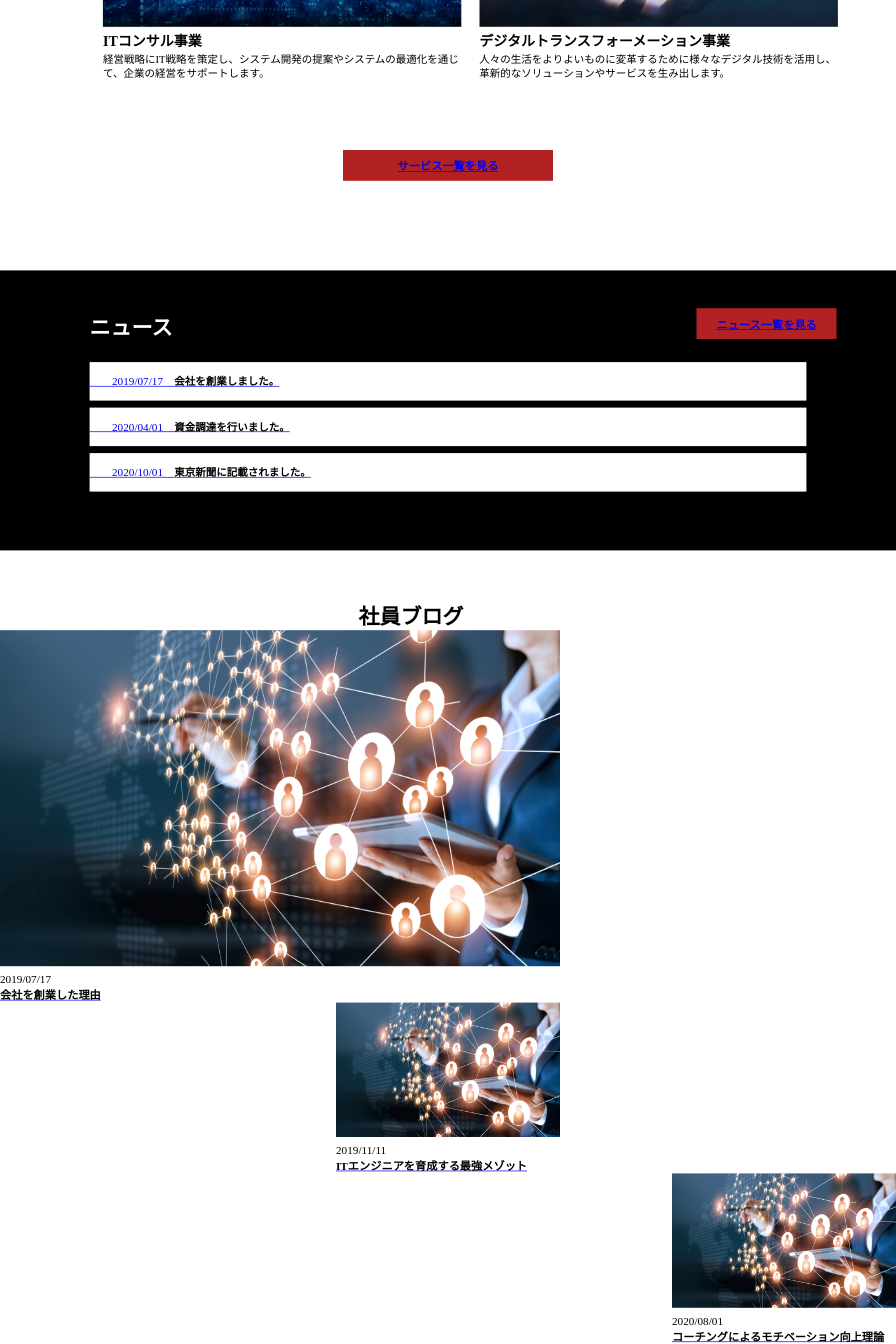
Repository: sigemasaasuka/20211012sigemasa
Page: index.html
These files come from the project's save history. The page is drawn as it stood at one moment and after the next save; the edit follows.
The browser window is 1280 px wide. The pictures show the part of the page from y = 1626 to 3546 px (the page is 3546 px tall before and 3258 px after), at 70% of full size.

Above is the page before, as saved 2021-10-20 16:27:55.

### index.html
<!DOCTYPE html>
<html lang="ja">

<head>
  <meta charset="UTF-8">
  <meta name="viewport" content="width=device-width, initial-scale=1.0">
  <title>Document</title>

    <link rel="stylesheet" href="css/reset.css">
    <link rel="stylesheet" href="css/index.css">
</head>
<body>
  <header class="header">
    <div class="header-logo">
      <img class="logo" src="img/logo.png" alt="logo">
    </div>
    <nav class="header-nav">
      <ul class="header-nav-list">
        <li class="header-nav-item"><a href="index.html">ホーム</a></li>
        <li class="header-nav-item"><a href="service.html">事業内容</a></li>
        <li class="header-nav-item"><a href="news.html">ニュース</a></li>
        <li class="header-nav-item"><a href="blog.html">社員ブログ</a></li>
        <li class="header-nav-item"><a href="company.html">会社概要</a></li>
        <li class="header-nav-item"><a href="recruit.html">採用情報</a></li>
        <li class="header-nav-item"><a href="contact.html">お問い合わせ</a></li>
      </ul>
    </nav>
  </header>
  <div class="home">
  <div class="home-photo">
    <div class="home-title">
    <p>最新のテクノロジーで社会課題を解決</p>
      <div class="home-title2">
      <p>Solving　issues　with　the　latest　technology</p>
     </div>
    </div>
    </div>
    </div>
    <div class="home-color">
      <div class="hope">
        <p><br><br>株式会社TECHの想い</p>
        <div class="hope2">
          <p>あらゆる産業において、新たなデジタル技術を使ってこれまでにないビジネスモデルを展開する新規参加者が登場し、ゲームチェンジが起ころうとしています。こうした<br>中で、各企業は、競争力維持・強化のために、DXを迅速に進めていくことが求められています。しかし、DXにおいて投資コストは非常にかかります。株式会社TECHでは<br>独自のオペレーションと人材教育により、他社よりも価格を抑えた開発を行います。</p>
        </div>
      </div>
    </div>
    <div class="service">
      <p>サービス</p>
      </div>
      <div class="png1">
      <div class="service1">
        <img  src="img/service1.png"  alt="service1">
        <div class="it">
        <p>IT人材育成事業</p>
        <div class="it2">
        <p>これまでに培った教育手法を生かして、短期間で即戦力のIT人材を育成します。</p>
        </div>
      </div>
      </div>
      <div class="service2">
      <img  src="img/service2.png" alt="service2">
      <div class="coach">
        <p>コーチング事業</p>
        <div class="coach2">
          <p>目標達成を最短で実現するために、プロのコーチによるマンツーマンのサポートを実施します</p>
        </div>
      </div>
      </div>
      </div>
      <div class="png2">
      <div class="service3">
        <img src="img/service3.png" alt="service3">
        <div class="Consultant">
          <p>ITコンサル事業</p>
          <div class="Consultant2">
            <p>経営戦略にIT戦略を策定し、システム開発の提案やシステムの最適化を通じて、企業の経営をサポートします。</p>
          </div>
        </div>
      </div>
      <div class="service4">
        <img src="img/service4.png" alt="service4">
        <div class="formation">
          <p>デジタルトランスフォーメーション事業</p>
          <div class="formation2">
            <p>人々の生活をよりよいものに変革するために様々なデジタル技術を活用し、革新的なソリューションやサービスを生み出します。</p>
          </div>
        </div>
      </div>
      </div>
      <div class="list">
        <a href="service.html">サービス一覧を見る</a>
      </div>
      <div class="news">
        <div class="nesw-list">
          <div class="news-font">
          <p>ニュース</p></div>
          <div class="news-button">
            <a href="news.html">ニュース一覧を見る</a>
          </div>
        </div>
        <div class="news-info1">
          <a href="index.html">　　2019/07/17　<span class="co">会社を創業しました。</span></a></div>
          <div class="news-info2">
          <a href="index.html">　　2020/04/01　<span class="fund">資金調達を行いました。</span></a></div>
          <div class="news-info3">
          <a href="index.html">　　2020/10/01　<span class="newspaper">東京新聞に記載されました。</span></a></div>
      </div>
      <div class="blog">
        <p>社員ブログ</p>
        </div>
        <div class="reason">
        <div class="reason-png">
          <a href="index.html">
            <img src="img/blog.png" alt="blog">
          </a>
          <p class="reason1">2019/07/17</p>
          <a href="index.html"><p class="reason2">会社を創業した理由</p></a>
        </div>
        </div>
        <div class="nurturing">
        <div class="nurturing-png">
          <a href="index.html">
            <img src="img/blog.png" alt="blog">
          </a>
          <p class="nurturing1">2019/11/11</p>
          <a href="index.html">
            <p class="nurturing2">ITエンジニアを育成する最強メゾット</p>
          </a>
        </div>
      </div>
      <div class="coaching">
        <div class="coaching-png">
        <a href="index.html">
          <img src="img/blog.png" alt="blog">
        </a>
        <p class="coaching1">2020/08/01</p>
        <a href="index.html">
          <p class="coaching2">コーチングによるモチベーション向上理論</p>
        </a>
        </div>
        </div>


<script src="js/main.js"></script>
</body>
</html>

### css/reset.css
@charset "UTF-8";
html, body, div, span, applet, object, iframe,
h1, h2, h3, h4, h5, h6, p, blockquote, pre,
a, abbr, acronym, address, big, cite, code,
del, dfn, em, img, ins, kbd, q, s, samp,
small, strike, strong, sub, sup, tt, var,
b, u, i, center,
dl, dt, dd, ol, ul, li,
fieldset, form, label, legend,
table, caption, tbody, tfoot, thead, tr, th, td,
article, aside, canvas, details, embed,
figure, figcaption, footer, header, hgroup,
menu, nav, output, ruby, section, summary,
time, mark, audio, video {
margin: 0;
padding: 0;
border: none;
font-style: normal;
text-align: left;
zoom: 1;
}
article, aside, details, figcaption, figure,
footer, header, hgroup, menu, nav, section {
display: block;
}
table {
border-collapse: collapse;
font-family: inherit;
}
h1,h2,h3,h4,h5 {
font-size: 100%;
font-weight: normal;
line-height: 1;
}
input,textarea,select {
font-family: inherit;
font-size: 16px;
}
input[type="button"],input[type="text"],input[type="submit"] {
 -webkit-appearance: none;
 border-radius: 0;
}
textarea {
resize: none;
-webkit-appearance: none;
border-radius: 0;
}
th,td {
border-collapse: collapse;
}
table th,table td {
white-space: nowrap;
}
ul,ol {
list-style-type: none;
}
img {
vertical-align: text-bottom;
vertical-align: -webkit-baseline-middle;
max-width: 100%;
height: auto;
width /***/:auto;
}

### css/index.css
.logo {
  text-decoration: none;
  color: inherit;
  width: 50%;
}
.header {
  width: 100%;
  display: flex;
  justify-content: space-between;
  align-items: center;
  height: 70px;
  padding: 0 30px;
  position: fixed;
  box-sizing: border-box;
  background-color: #fff;
  color: #000;
}

.a {
  text-decoration: none;
}

.header-ttl {
  font-size: 24px;
  width: 80px;
}

.header-nav-list {
  display: flex;
  font-weight: bold;
}

.header-nav-item:not(:last-child) {
  margin-right: 30px;
}

.home-photo {
  position: relative;
  padding-top: calc(250 / 683 * 100%); /* calc(画像高さ ÷ 画像横幅 × 100%) */
  background: url(../img/mv.png) center center / cover no-repeat;
}

.home-title {
  display: flex;
  flex-direction: column;
  position: absolute;
  font-size: 50px;
  margin-left: 20%;
  top: 40%;
  font-weight: bolder;
  color: #fff;
}

.home-title2 {
  display: flex;
  position: absolute;
  font-size: 20px;
  margin-top: 45px;
  margin-left: 23%;
  top: 40%;
  font-weight: bold;
  color: #fff;
}

.home-color {
  background-color: #000;
  height: 300px;
}

.hope {
  top: 30%;
  display: flex;
  flex-direction: column;
  font-weight: bolder;
  font-size: 30px;
  margin-left: 10%;
  color: #fff;
}

.hope2 {
  display: flex;
  font-size: 15px;
  margin-top: 20px;
  font-weight: normal;
  color: #fff;
}

.service {
  margin-top: 5%;
  margin-left: 45%;
  font-size: 35px;
  font-weight: bolder;
}

.png1 {
  display: flex;
  justify-content: center;
}

.service1 {
  margin-top: 5%;
  margin-left: 5%;
  width: 40%;
}

.it {
  margin-top: 1%;
  font-size: 20px;
  font-weight: bolder;
}

.it2 {
  font-size: 15px;
  font-weight: normal;
}

.service2 {
  margin-top: 3%;
  margin-left: 2%;
  width: 40%;
}

.coach {
  margin-top: 1%;
  font-size: 20px;
  font-weight: bolder;
}

.coach2 {
  font-size: 15px;
  font-weight: normal;
}

.png2 {
  display: flex;
  justify-content: center;
}

.service3 {
  margin-top: 2%;
  margin-left: 5%;
  width: 40%;
}

.Consultant {
  margin-top: 1%;
  font-size: 20px;
  font-weight: bolder;
}

.Consultant2 {
  font-size: 15px;
  font-weight: normal;
}

.service4 {
  margin-top: 2%;
  margin-left: 2%;
  width: 40%;
}

.formation {
  margin-top: 1%;
  font-size: 20px;
  font-weight: bolder;
}

.formation2 {
  font-size: 15px;
  font-weight: normal;
}

.list {
  width: 300px;
  padding: 10px 0;
  color: #fff;
  font-weight: bold;
  background: #b22222;
  text-align: center;
  margin: 100px auto 0;
  display: block;
}

.news {
  margin-top: 10%;
  background-color: #000;
  height: 400px;
}

.nesw-list {
  margin-left: 10%;
  display: flex;
  justify-content: flex-start;
  align-items: center;
}

.news-font {
  font-weight: bold;
  font-size: 30px;
  color: #fff;
  margin-top: 5%;
}

.news-button {
  color: #fff;
  margin-top: 50px;
  margin-left: 65%;
  width: 200px;
  padding: 10px 0;
  font-weight: bold;
  background: #b22222;
  text-align: center;
  display: block;
}

.news-info1 {
  margin-top: 30px;
  margin-left: 10%;
  width: 80%;
  height: 35px;
  padding: 10px 0;
  background: #fff;
  line-height: 35px;
  display: block;
  color: #000;
}
.co {
  font-size: 15px;
  font-weight: bold;
  color: #000;
}

.news-info2 {
  margin-top: 10px;
  margin-left: 10%;
  width: 80%;
  height: 35px;
  padding: 10px 0;
  background: #fff;
  line-height: 35px;
  display: block;
  color: #000;
}
.fund {
  font-size: 15px;
  font-weight: bold;
  color: #000;
}

.news-info3 {
  margin-top: 10px;
  margin-left: 10%;
  width: 80%;
  height: 35px;
  padding: 10px 0;
  background: #fff;
  line-height: 35px;
  display: block;
  color: #000;
}
.newspaper {
  font-size: 15px;
  font-weight: bold;
  color: #000;
}

.blog {
  margin-top: 70px;
  margin-left: 40%;
  font-size: 30px;
  font-weight: bolder;
}

.reason {
  display: flex;
  justify-content: flex-start;
  flex-direction: row;
}
}

.reason-png {
  width: 25%;
}

.reason1 {
  margin-top: 10px;
  color: #000;
}

.reason2 {
  font-weight: bolder;
  color: #000;
}

.nurturing {
  display: flex;
  justify-content: space-evenly;
}
.nurturing-png {
  width: 25%;
}

.nurturing1 {
  margin-top: 10px;
  color: #000;
}

.nurturing2 {
  font-weight: bolder;
  color: #000;
}

.coaching {
  display: flex;
  justify-content: flex-end;
  flex-direction: row;
}


.coaching-png {
  width: 25%;
}

.coaching1 {
  margin-top: 10px;
  color: #000;
}

.coaching2 {
  font-weight: bolder;
  color: #000;
}

Loaded but not shown: js/main.js (no stored copy; drawn as an empty file)

After the next save:
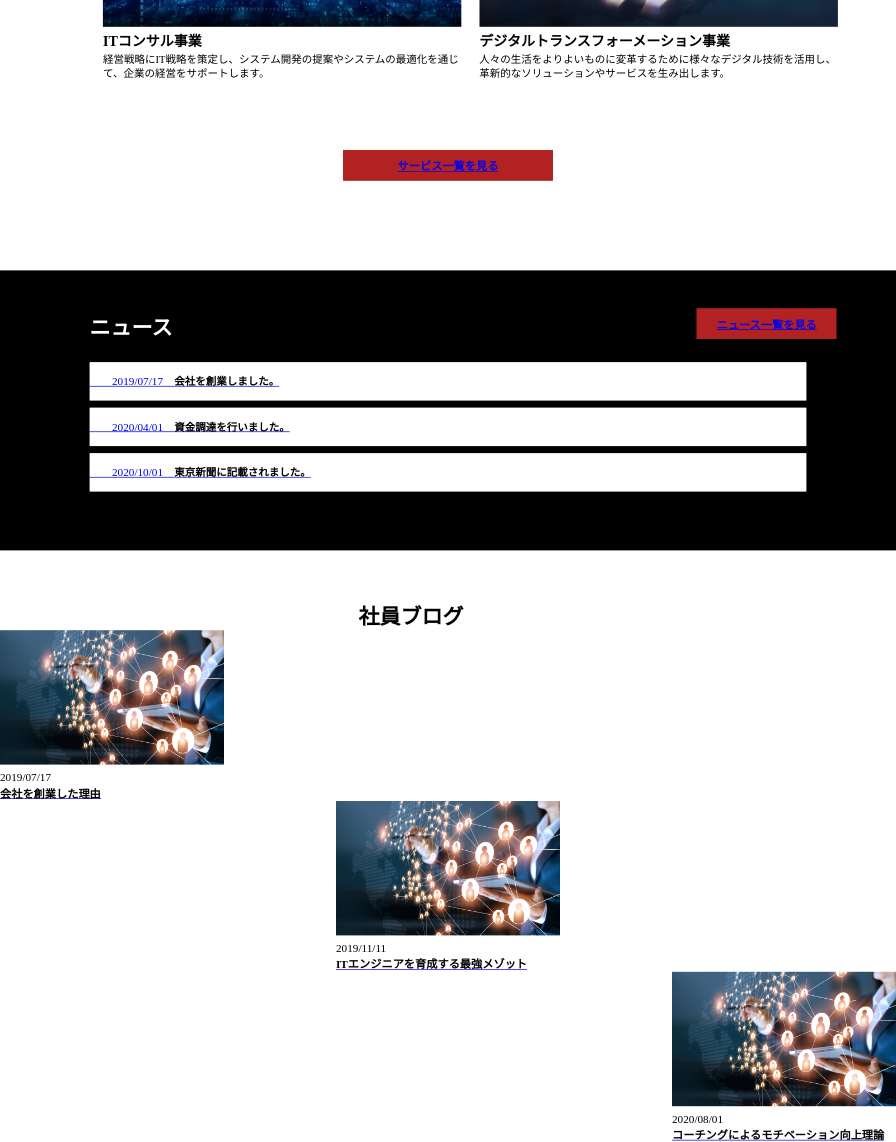
Saved 94 s later.
--- a/css/index.css
+++ b/css/index.css
@@ -276,7 +276,7 @@
   justify-content: flex-start;
   flex-direction: row;
 }
-}
+
 
 .reason-png {
   width: 25%;
